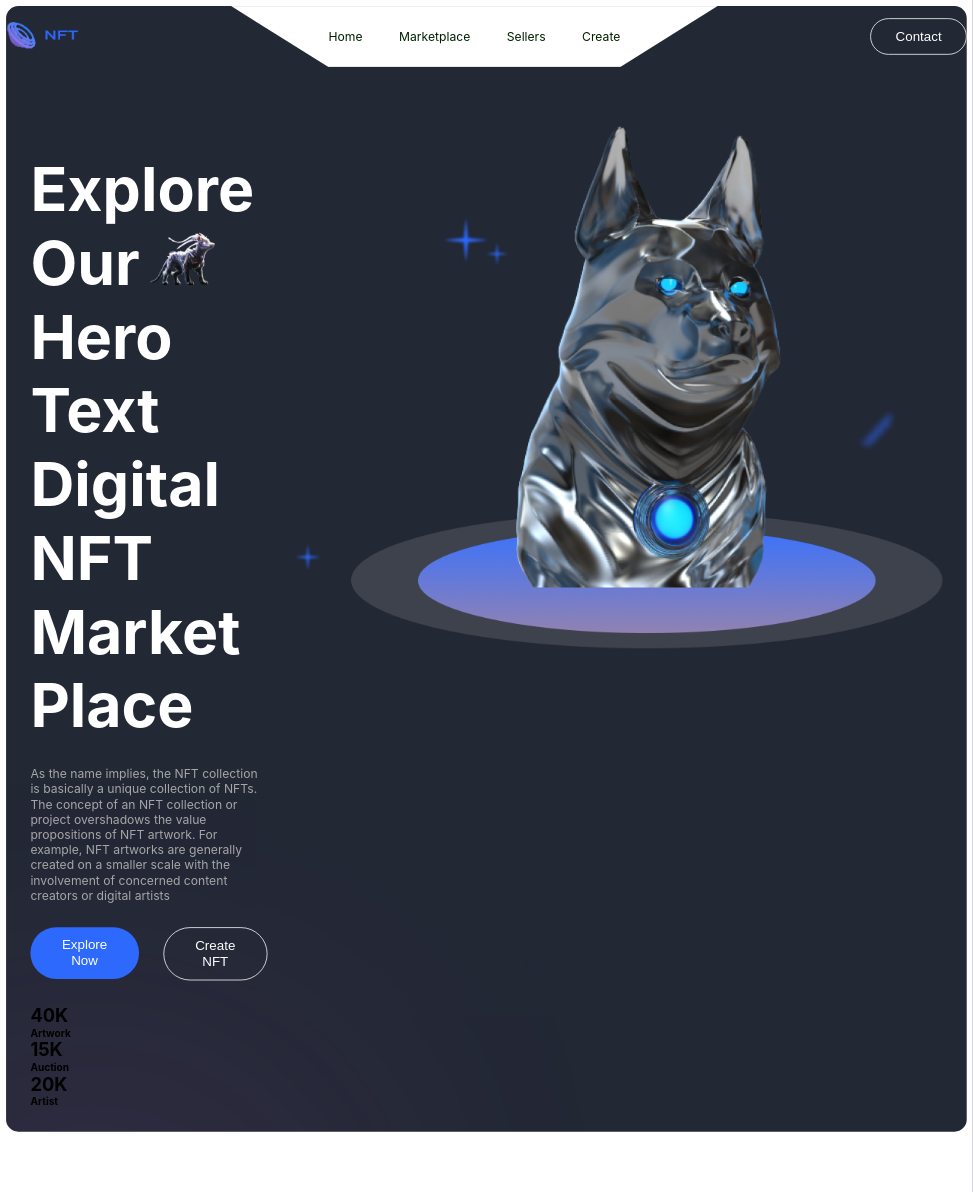
Repository: Ellisvelandia/NFT
Page: /
The author's editor kept a copy of each file at every save. The page is drawn from the files as they stood at one save, then again after a run of saves.
The browser window is 1280 px wide. The pictures show the whole page, at 76% of full size.
The project was rebuilt for these pictures with package versions that can differ from the ones it lists, and the page was loaded fresh each time.

Above is the page before, as saved 2022-08-21 15:35:00.

### src/index.css
* {
  margin: 0;
  padding: 0;
  box-sizing: border-box;
}

body {
  margin: 0;
  font-family: -apple-system, BlinkMacSystemFont, "Segoe UI", "Roboto", "Oxygen",
    "Ubuntu", "Cantarell", "Fira Sans", "Droid Sans", "Helvetica Neue",
    sans-serif;
  -webkit-font-smoothing: antialiased;
  -moz-osx-font-smoothing: grayscale;
}

html {
  scroll-behavior: smooth;
}

### src/App.js
import React from 'react'
import Home from './components/Home'

export default function App() {
  return (
    <div>
      <Home/>
    </div>
  )
}

### src/components/Home.jsx
import React from "react";
import Navbar from "./Navbar";
import styled from "styled-components";
import hero from "../assets/hero.png";
import heroText from "../assets/heroText.png";
import Button from "./Button";

export default function Home() {
  return (
    <Section>
      <Navbar />
      <div className="ellipse"></div>
      <div className="container">
        <div className="content">
          <h1>
            Explore Our
            <span>
              <img src={heroText} alt="hero text" />
            </span>
            Hero Text Digital NFT Market Place
          </h1>
          <p>
            As the name implies, the NFT collection is basically a unique
            collection of NFTs. The concept of an NFT collection or project
            overshadows the value propositions of NFT artwork. For example, NFT
            artworks are generally created on a smaller scale with the
            involvement of concerned content creators or digital artists
          </p>
          <div className="buttons">
            <Button blue text="Explore Now" />
            <Button text="Create NFT" />
          </div>
          <div className="data">
            <div className="dataTab">
              <h2>40K</h2>
              <h5>Artwork</h5>
            </div>
            <div className="dataTab">
              <h2>15K</h2>
              <h5>Auction</h5>
            </div>
            <div className="dataTab">
              <h2>20K</h2>
              <h5>Artist</h5>
            </div>
          </div>
        </div>
        <div className="image">
          <img src={hero} alt="hero" />
        </div>
      </div>
    </Section>
  );
}

const Section = styled.section`
  margin: 0.5rem;
  background-color: #232835;
  border-radius: 1rem;
  position: relative;
  overflow: hidden;
  margin-bottom: 5rem;
  .ellipse {
    height: 30rem;
    width: 30rem;
    background-color: #ae54c27d;
    opacity: 0.5;
    border-radius: 100%;
    filter: blur(200px);
    position: absolute;
    bottom: -30%;
    left: -10%;
    z-index: 1;
  }
  .container {
    padding: 2rem;
    marign: 0 2rem;
    display: flex;
    .content {
      z-index:10;
      display:flex;
      flex-direction:column;
      gap:2rem;
      margin-top:5rem;
      padding-right:2rem;
      h1 {
        color:white;
        font-size:5rem;
      }
      p {
        color:#a6a6a6;
      }
      .buttons {
        display:flex;
        gap:2rem;
      }
      .data
    }
  }
`;

### src/components/Navbar.jsx
import React from "react";
import styled from "styled-components";
import logo from "../assets/logo.png";
import Button from "./Button";

export default function Navbar() {
  return (
    <Nav>
      <div className="brand">
        <img src={logo} alt="logo" />
      </div>
      <div className="toggle"></div>
      <div className="links">
        <ul>
          <li>
            <a href="#">Home</a>
          </li>
          <li>
            <a href="#">Marketplace</a>
          </li>
          <li>
            <a href="#">Sellers</a>
          </li>
          <li>
            <a href="#">Create</a>
          </li>
        </ul>
      </div>
      <Button text="Contact" />
    </Nav>
  );
}

const Nav = styled.nav`
  display: flex;
  justify-content: space-between;
  align-items: center;
  margin: 0 2 rem;
  .toggle {
    display: none;
  }
  .links {
    height: 4rem;
    display: flex;
    justify-conetent: center;
    align-items: center;
    background-color: white;
    clip-path: polygon(0 0, 100% 0, 80% 100%, 20% 100%);
    padding: 2.5rem 8rem;
    ul {
      display: flex;
      list-style-type: none;
      gap: 3rem;
      li {
        a {
          color:#002000;
          text-decoration:none;
          transition:0.4s ease-in-out;
          &:hover {
            color:#2d69fd;
          }
        }
      }
    }
  }
`;

### src/components/Button.jsx
import React from "react";
import styled from "styled-components";

export default function Button({ text, blue = false }) {
  return (
    <Div>
      <button className={`${blue ? "blue" : ""}`}>{text}</button>
    </Div>
  );
}

const Div = styled.div`
  button {
    border-radius: 4rem;
    padding: 0.8rem 2rem;
    border: none;
    color: white;
    font-size: 1.1rem;
    cursor: pointer;
    :not(.blue) {
      background-color: transparent;
      border: 1px solid white;
    }
  }
  .blue {
    background-color: #2d69fd;
  }
`;

Loaded but not shown: public/index.html (common file); src/index.js (common file)

After the next 2 saves:
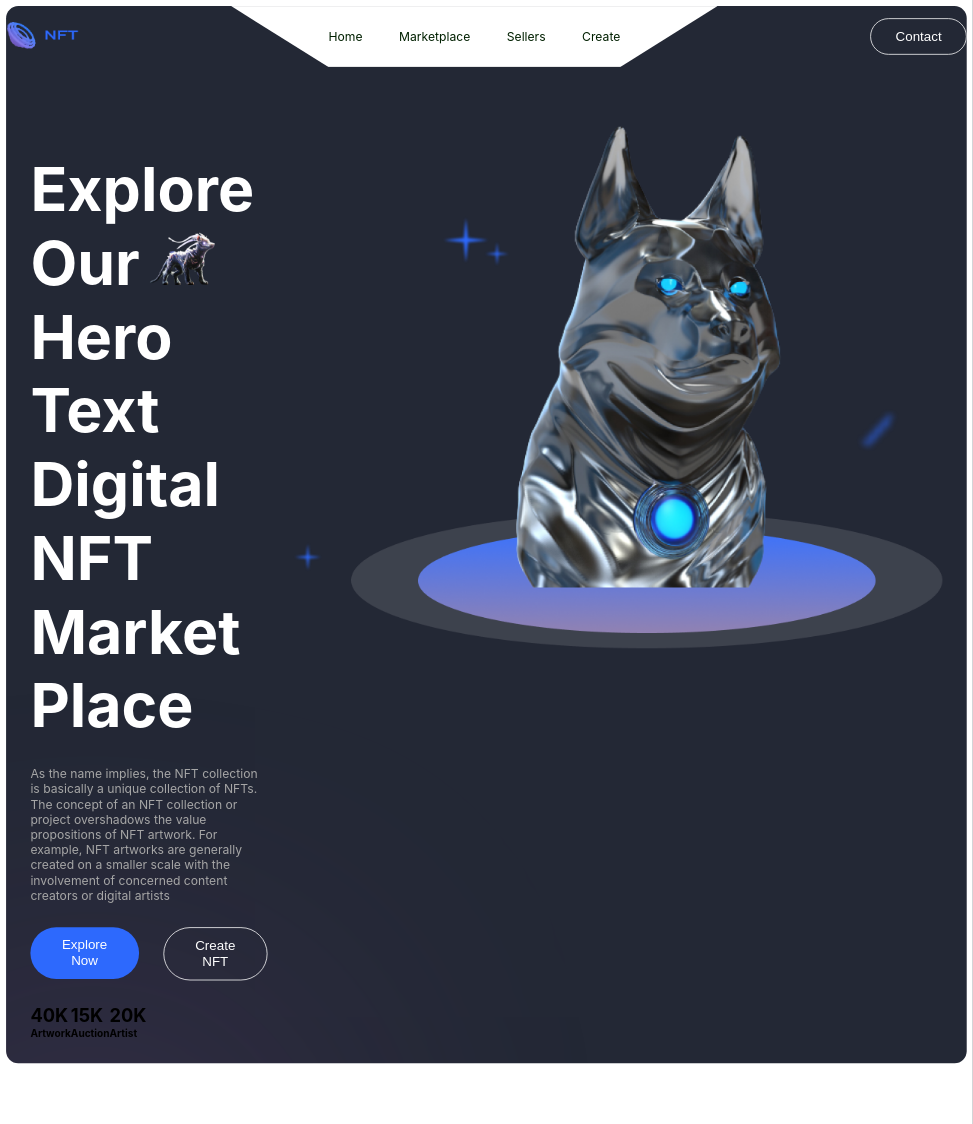
The 2 saves are shown as one change because they came seconds apart.
The last was saved 5 s later.
--- a/src/components/Home.jsx
+++ b/src/components/Home.jsx
@@ -94,7 +94,9 @@
         display:flex;
         gap:2rem;
       }
-      .data
+      .data {
+        display:flex;
+      }
     }
   }
 `;
